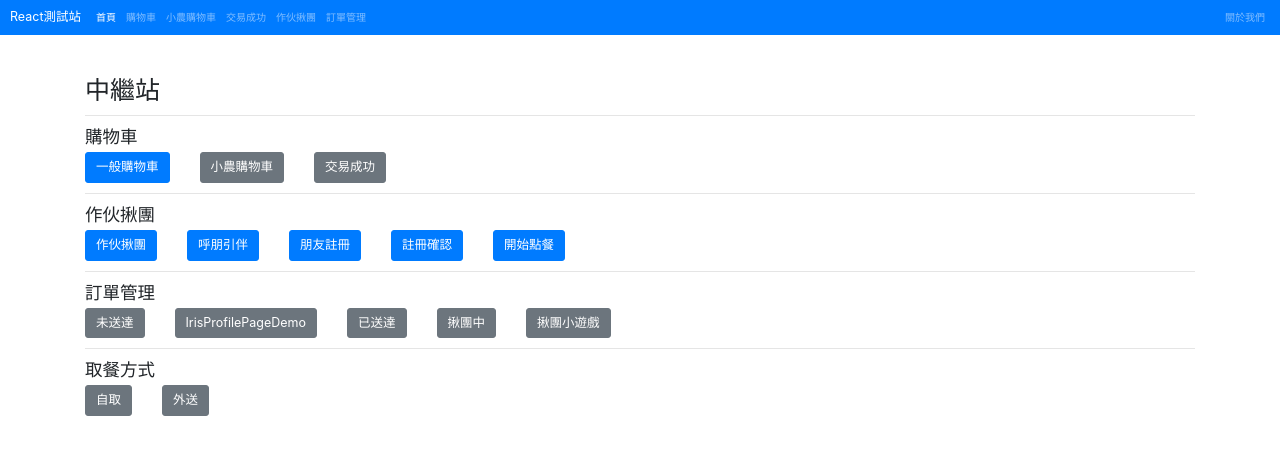
Repository: as2million/group_c
Page: /
These files come from the project's save history. The page is drawn as it stood at one moment and after the next save; the edit follows.
The browser window is 1280 px wide. The pictures show the whole page.
The project was rebuilt for these pictures with package versions that can differ from the ones it lists, and the page was loaded fresh each time. Also part of the build but not shown: src/Cha/pages-demo/About.js, src/Cha/pages-demo/Product.js, src/Cha/pages-demo/Success.js, src/Cha/Components/Cha-Cart-ProgressBar/ChaCartProgressBar.scss, src/Cha/Components/Cha-Cart-ProgressBar/ChaCartProgressBar.js, src/Cha/Components/Cha-Cart-Submit-Card/ChaCartSubmitCard.scss, src/Cha/Components/Cha-Cart-Submit-Card/ChaCartSubmitCard.js, src/Share/Components/Counter/Counter.scss and 30 more.

Above is the page before, as saved 2020-10-29 09:31:40.

After the next save:
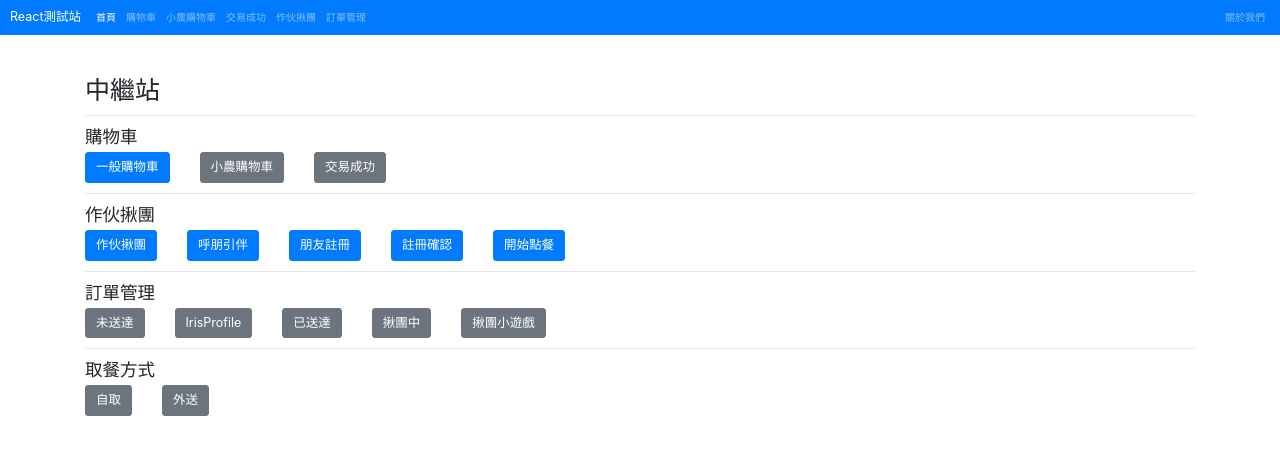
Saved 7 s later.
--- a/src/Cha/pages-demo/Home.js
+++ b/src/Cha/pages-demo/Home.js
@@ -75,7 +75,7 @@ function Home(props) {
             class="btn btn-secondary
            btn-lg mr-5"
           >
-            IrisProfilePageDemo
+            IrisProfile
           </button>
         </Link>
         <Link to="/">
